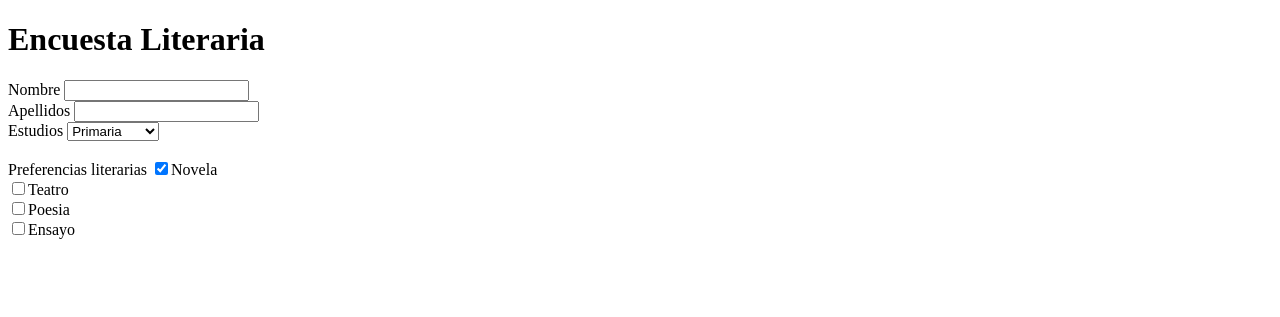
Repository: cgg25/javaee
Page: Enucesta/WebContent/index.html
An editor plug-in stored every save of this project. The page is shown before and after the next save, followed by the edit.
The browser window is 1280 px wide. The pictures show the whole page.

Above is the page before, as saved 2017-02-16 17:51:00.

### Enucesta/WebContent/index.html
<!DOCTYPE html>
<html>
<head>
<meta charset="UTF-8">
<title>Encuesta</title>
</head>
<body>
	<h1>Encuesta Literaria</h1>
	<form action="/Encuesta/mostrar">
		<label>Nombre</label>
		<input type="text" name="nombre"><br>
		<label>Apellidos</label>
		<input type="text" name="apellidos"><br>
		<label>Estudios</label>
		<select name="estudios">
			<option>Primaria</option>
			<option>Secundaria</option>
			<option>Bachillerato</option>
		</select>
		<br><br>
		<label>Preferencias literarias</label>
		<input type="checkbox" name="preferencias" value="Novela" checked>Novela<br>
		<input type="checkbox" name="preferencias" value="Teatro">Teatro<br>
		<input type="checkbox" name="preferencias" value="Poesia">Poesia<br>
		<input type="checkbox" name="preferencias" value="Ensayo">Ensayo<br>


	</form>
</body>
</html>

After the next save:
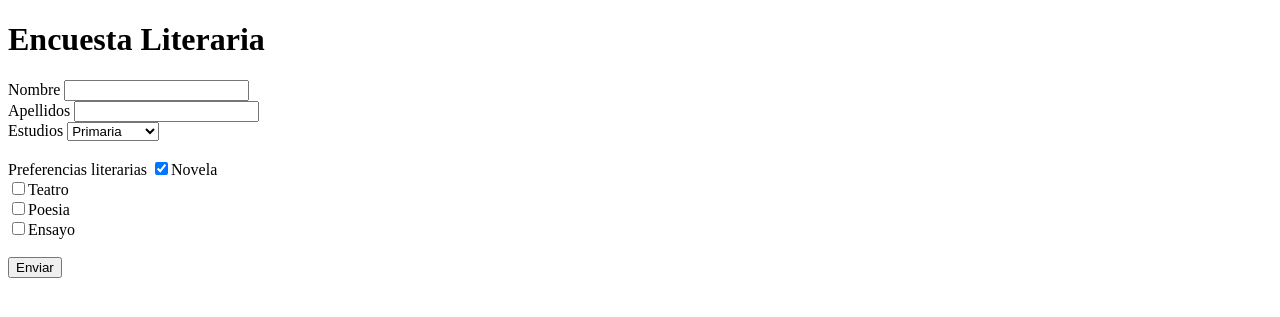
Saved 33 s later.
--- a/Enucesta/WebContent/index.html
+++ b/Enucesta/WebContent/index.html
@@ -23,7 +23,8 @@
 		<input type="checkbox" name="preferencias" value="Teatro">Teatro<br>
 		<input type="checkbox" name="preferencias" value="Poesia">Poesia<br>
 		<input type="checkbox" name="preferencias" value="Ensayo">Ensayo<br>
-
+		<br>
+		<input type="submit" value="Enviar">
 
 	</form>
 </body>
